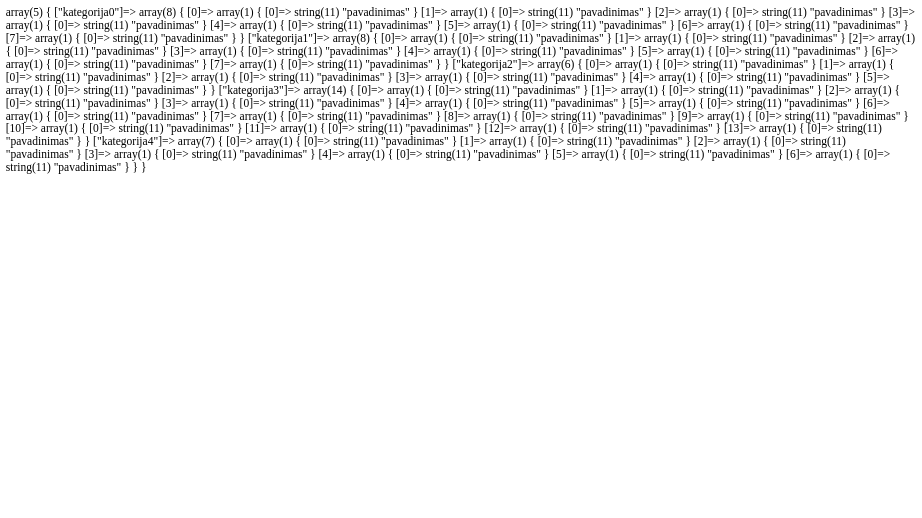
Repository: motiejus1/18-paskaita-PHP-05.31
Page: http://localhost/testavimas/dvimatismasyvas.php
The author's editor kept a copy of each file at every save. The page is drawn from the files as they stood at one save, then again after the next save.
The browser window is 1280 px wide. The pictures show the whole page, at 72% of full size.
The page is run by PHP 8.4 with error messages shown; the project is at /var/www/html/.

Above is the page before, as saved 2021-09-20 18:27:07.

### testavimas/dvimatismasyvas.php
<?php
// . Sukurti dvimatį masyvą, kuriame būtų informacija apie knygos kategoriją, bei knygos priklausančios kategorijai.
// Masyvo struktūrą sugalvoti patiems. Testavimui sukurti bent 5 kategorijas, kurios turi nuo 5 iki 15 knygų.



//

$knygos = [];

//uz kategorijas
for($i=0; $i < 5; $i++) {

    // $kategorija = "Kategorija".$i;
    $kategorija = [];
    //atsakingas uz knygas
    $atsitiktinis = rand(5,15); //6
    for($j=0;$j < $atsitiktinis; $j++) {
        $kategorija[$j] = array(
            "pavadinimas"
        );

    }

    $knygos["kategorija".$i] = $kategorija;

}

var_dump($knygos);


?>

After the next save:
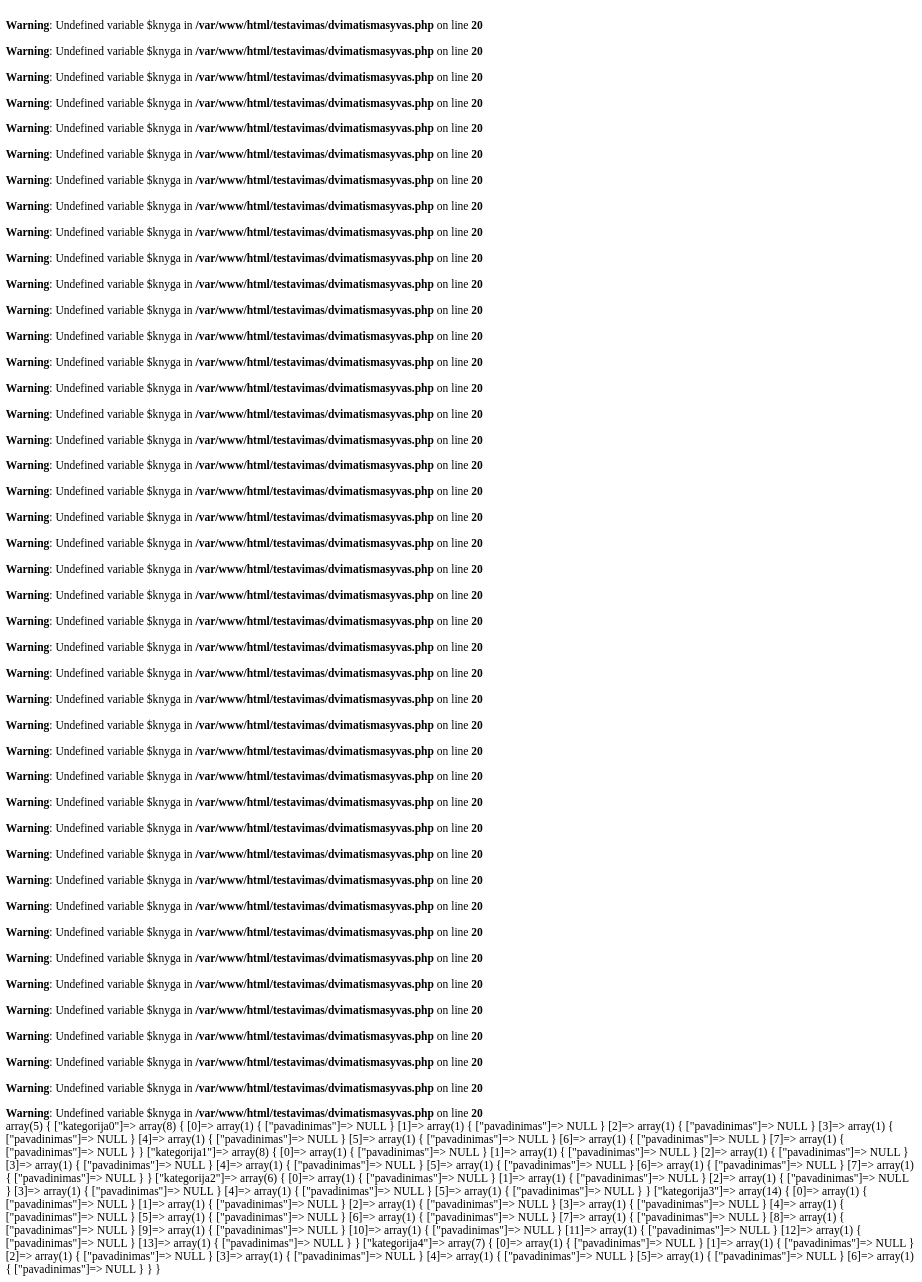
Saved 4 s later.
--- a/testavimas/dvimatismasyvas.php
+++ b/testavimas/dvimatismasyvas.php
@@ -17,7 +17,7 @@
     $atsitiktinis = rand(5,15); //6
     for($j=0;$j < $atsitiktinis; $j++) {
         $kategorija[$j] = array(
-            "pavadinimas"
+            "pavadinimas" => $knyga
         );
 
     }

After the save that followed:
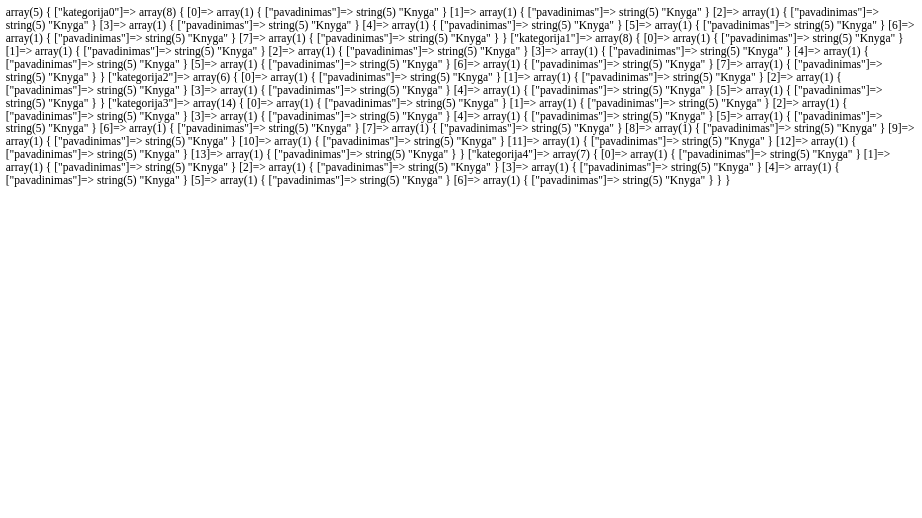
Saved 5 s later.
--- a/testavimas/dvimatismasyvas.php
+++ b/testavimas/dvimatismasyvas.php
@@ -17,7 +17,7 @@
     $atsitiktinis = rand(5,15); //6
     for($j=0;$j < $atsitiktinis; $j++) {
         $kategorija[$j] = array(
-            "pavadinimas" => $knyga
+            "pavadinimas" => "Knyga"
         );
 
     }
